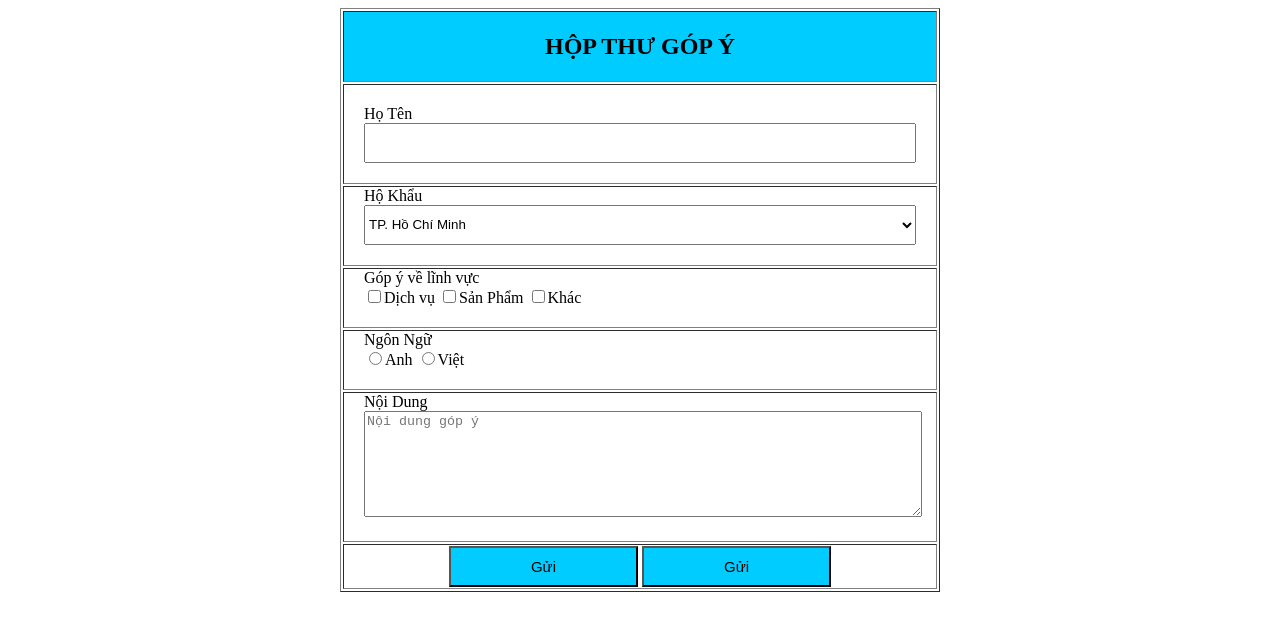
Repository: Tan-Khang21/TH_TKW--Buoi_04
Page: Bai_Tap_Ve_Nha/Bai_02/form8.html
An editor plug-in stored every save of this project. The page is shown before and after the next save, followed by the edit.
The browser window is 1280 px wide. The pictures show the whole page.

Above is the page before, as saved 2024-03-07 16:42:59.

### Bai_Tap_Ve_Nha/Bai_02/form8.html
<!DOCTYPE html>
<html lang="en">
<head>
    <meta charset="UTF-8">
    <meta name="viewport" content="width=device-width, initial-scale=1.0">
    <title>Document</title>
</head>
<body>
    <form style="width: 600px; margin: 0 auto;" >
<table border="1px" style="width: 600px;">
    <tr>
        <th bgcolor="#00ccff"><h2 style="text-transform: uppercase;">hộp thư góp ý</h2></th>
    </tr>
    <tr>
        <td style="padding: 20px">
          <span>Họ Tên</span>
          <br />
          <input
            type="text"
            style="width: 100%; height: 40px; box-sizing: border-box"
          />
        </td>
      </tr>
      <tr>
        <td style="padding: 0px 20px 20px 20px">
          <span>Hộ Khẩu</span>
          <br />
          <select style="width: 100%; height: 40px; box-sizing: border-box">
            <option value="">TP. Hồ Chí Minh</option>
            <option value="">Đồng Nai</option>
            <option value="">Bến Tre</option>
          </select>
        </td>
      </tr>
      <tr>
        <td style="padding: 0px 20px 20px 20px">
          <span>Góp ý về lĩnh vực</span>
          <br />
          <input type="checkbox">Dịch vụ
          <input type="checkbox">Sản Phẩm
          <input type="checkbox">Khác
        </td>
      </tr>
      <tr>
        <td style="padding: 0px 20px 20px 20px">
          <span>Ngôn Ngữ</span>
          <br />
          <input type="radio" name="language">Anh
          <input type="radio" name="language">Việt
        </td>
      </tr>
      <tr>
        <td style="padding: 0px 20px 20px 20px">
          <span>Nội Dung</span>
          <br />
         <textarea placeholder="Nội dung góp ý" style="resize: vertical; width: 100%;height: 100px;"></textarea>
        </td>
      </tr>
      <tr>
        <th>
            <input type="button" value="Gửi" style="background-color:#00ccff; padding: 10px 80px; font-size: 15px;">
            <input type="button" value="Gửi" style="background-color:#00ccff; padding: 10px 80px; font-size: 15px;">
        </th>
      </tr>
</table>
    </form>
</body>
</html>

After the next save:
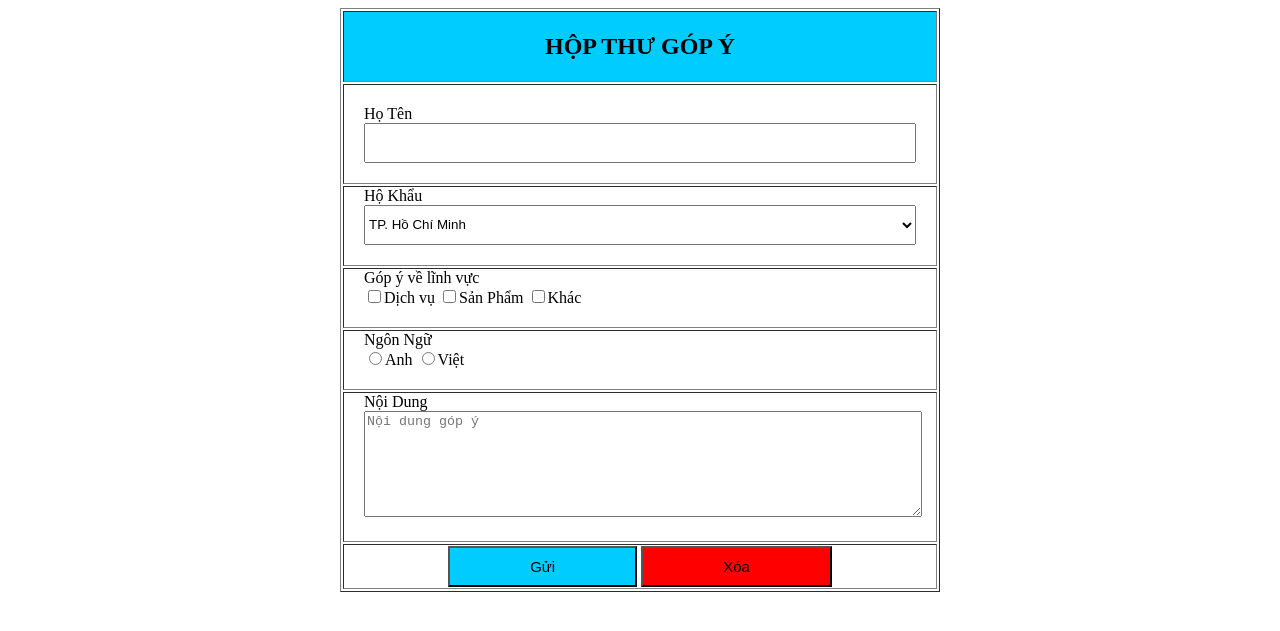
Saved 17 s later.
--- a/Bai_Tap_Ve_Nha/Bai_02/form8.html
+++ b/Bai_Tap_Ve_Nha/Bai_02/form8.html
@@ -59,7 +59,7 @@
       <tr>
         <th>
             <input type="button" value="Gửi" style="background-color:#00ccff; padding: 10px 80px; font-size: 15px;">
-            <input type="button" value="Gửi" style="background-color:#00ccff; padding: 10px 80px; font-size: 15px;">
+            <input type="button" value="Xóa" style="background-color:red; padding: 10px 80px; font-size: 15px;">
         </th>
       </tr>
 </table>
